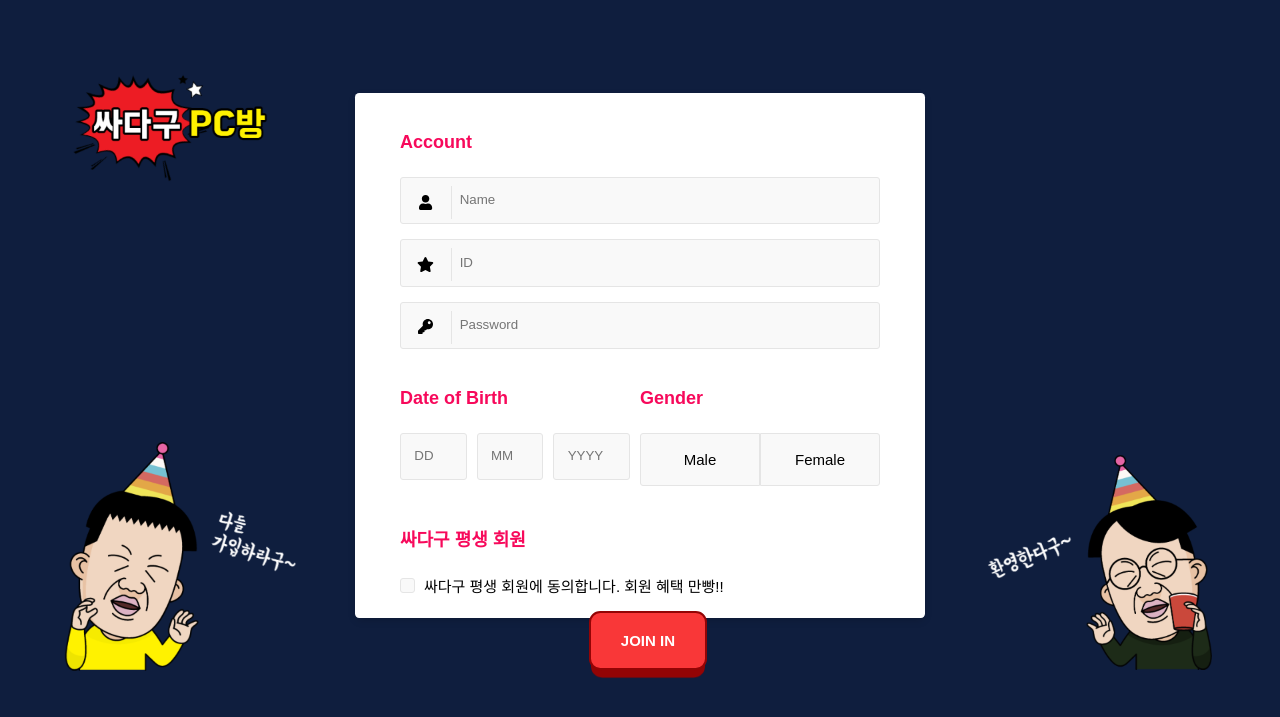
Repository: lkwoung/webProject-assignment
Page: http://localhost/CheapPC/login/join.jsp
These files come from the project's save history. The page is drawn as it stood at one moment and after the next save; the edit follows.
The browser window is 1280 px wide. The pictures show the whole page.
Some web fonts or font styles are not loaded; a fallback is used. Some web libraries are served in a nearby version. The page is served by Tomcat 9. Other server files are loaded and not shown.

Above is the page before, as saved 2020-12-17 09:03:31.

### CheapPC/WebContent/login/join.jsp
<%@ page language="java" contentType="text/html; charset=UTF-8"
	pageEncoding="UTF-8"%>
<!DOCTYPE html>
<html>
<head>
  <meta http-equiv="Content-Type" content="text/html; charset=UTF-8"/>
  <script src="https://use.fontawesome.com/releases/v5.2.0/js/all.js"></script>
  <title>cheap PC Join</title>
  <link rel="stylesheet" href="../css/join.css">
  <link href="https://fonts.googleapis.com/earlyaccess/hanna.css" rel="stylesheet" type="text/css" />
</head>
<body>
<div class="container">
  <form name=joinform style="font-family:'Hanna', sans-serif;" action="user_join">
    <div class="row">
      <h4>Account</h4>
      <div class="input-group input-group-icon">
        <input type="text" name="name" placeholder="Name" style="font-family:'Hanna', sans-serif;"/>
        <div class="input-icon"><i class="fa fa-user"></i></div>
      </div>
      <div class="input-group input-group-icon">
        <input type="text" name="id" placeholder="ID" style="font-family:'Hanna', sans-serif;"/>
        <div class="input-icon"><i class="fa fa-star"></i></div>
      </div>
      <div class="input-group input-group-icon">
        <input type="password" name="password" placeholder="Password" style="font-family:'Hanna', sans-serif;"/>
        <div class="input-icon"><i class="fa fa-key"></i></div>
      </div>
    </div>
    <div class="row">
      <div class="col-half">
        <h4>Date of Birth</h4>
        <div class="input-group">
          <div class="col-third">
            <input type="text" name="dd" placeholder="DD"/>
          </div>
          <div class="col-third">
            <input type="text" name="mm" placeholder="MM"/>
          </div>
          <div class="col-third">
            <input type="text" name="yyyy" placeholder="YYYY"/>
          </div>
        </div>
      </div>
      <div class="col-half">
        <h4>Gender</h4>
        <div class="input-group">
          <input type="radio" name="gender" value="male" id="gender-male"/>
          <label for="gender-male">Male</label>
          <input type="radio" name="gender" value="female" id="gender-female"/>
          <label for="gender-female">Female</label>
        </div>
      </div>
    </div>
    <div class="row">
      <h4>싸다구 평생 회원</h4>
      <div class="input-group">
        <input type="checkbox" name="contract" value="yes" id="terms" />
        <label for="terms" style="font-family:'Hanna', sans-serif;">싸다구 평생 회원에 동의합니다. 회원 혜택 만빵!!</label>
      </div>
    </div>
      <button type="submit" class="learn-more">Join in</button>
  </form>
  </div>

<script src="https://code.jquery.com/jquery-3.1.1.min.js"></script>
</body>

### CheapPC/WebContent/css/join.css
*,
*:before,
*:after {
  box-sizing: border-box;
}
body {
	background: url(image/join.png) no-repeat center center fixed;
	-webkit-background-size: cover;
	-moz-background-size: cover;
	-o-background-size: cover;
  background-size: cover;
  padding: 1em;
  font-family:'Hanna', sans-serif;
  font-size: 15px;
}
h4 {
  color: #f7095b;
  font-size:18px;
}
input,
input[type="radio"] + label,
input[type="checkbox"] + label:before,
select option,
select {
  width: 100%;
  padding: 1em;
  line-height: 1.4;
  background-color: #f9f9f9;
  border: 1px solid #e5e5e5;
  border-radius: 3px;
  -webkit-transition: 0.35s ease-in-out;
  -moz-transition: 0.35s ease-in-out;
  -o-transition: 0.35s ease-in-out;
  transition: 0.35s ease-in-out;
  transition: all 0.35s ease-in-out;
}
input:focus {
  outline: 0;
  border-color: #f7095b;
}
input:focus + .input-icon i {
  color: #f7095b;
}
input:focus + .input-icon:after {
  border-right-color: #f7095b;
}
input[type="radio"] {
  display: none;
}
input[type="radio"] + label,
select {
  display: inline-block;
  width: 50%;
  text-align: center;
  float: left;
  border-radius: 0;
}
input[type="radio"] + label:first-of-type {
  border-top-left-radius: 3px;
  border-bottom-left-radius: 3px;
}
input[type="radio"] + label:last-of-type {
  border-top-right-radius: 3px;
  border-bottom-right-radius: 3px;
}
input[type="radio"] + label i {
  padding-right: 0.4em;
}
input[type="radio"]:checked + label,
input:checked + label:before,
select:focus,
select:active {
  background-color: #f7095b;
  color: #fff;
  border-color: #d90952;
}
input[type="checkbox"] {
  display: none;
}
input[type="checkbox"] + label {
  position: relative;
  display: block;
  padding-left: 1.6em;
}
input[type="checkbox"] + label:before {
  position: absolute;
  top: 0.2em;
  left: 0;
  display: block;
  width: 1em;
  height: 1em;
  padding: 0;
  content: "";
}
input[type="checkbox"] + label:after {
  position: absolute;
  top: 0.45em;
  left: 0.2em;
  font-size: 0.8em;
  color: #fff;
  opacity: 0;
  font-family:'Hanna', sans-serif;
  content: "\f00c";
}
input:checked + label:after {
  opacity: 1;
}
select {
  height: 3.4em;
  line-height: 2;
}
select:first-of-type {
  border-top-left-radius: 3px;
  border-bottom-left-radius: 3px;
}
select:last-of-type {
  border-top-right-radius: 3px;
  border-bottom-right-radius: 3px;
}
select:focus,
select:active {
  outline: 0;
}
select option {
  background-color: #f7095b;
  color: #fff;
}
.input-group {
  margin-bottom: 1em;
  zoom: 1;
}
.input-group:before,
.input-group:after {
  content: "";
  display: table;
}
.input-group:after {
  clear: both;
}
.input-group-icon {
  position: relative;
}
.input-group-icon input {
  padding-left: 4.4em;
}
.input-group-icon .input-icon {
  position: absolute;
  top: 0;
  left: 0;
  width: 3.4em;
  height: 3.4em;
  line-height: 3.4em;
  text-align: center;
  pointer-events: none;
}
.input-group-icon .input-icon:after {
  position: absolute;
  top: 0.6em;
  bottom: 0.6em;
  left: 3.4em;
  display: block;
  border-right: 1px solid #e5e5e5;
  content: "";
  -webkit-transition: 0.35s ease-in-out;
  -moz-transition: 0.35s ease-in-out;
  -o-transition: 0.35s ease-in-out;
  transition: 0.35s ease-in-out;
  transition: all 0.35s ease-in-out;
}
.input-group-icon .input-icon i {
  -webkit-transition: 0.35s ease-in-out;
  -moz-transition: 0.35s ease-in-out;
  -o-transition: 0.35s ease-in-out;
  transition: 0.35s ease-in-out;
  transition: all 0.35s ease-in-out;
}
.container {
  max-height:35em;
  max-width: 38em;
  padding: 1em 3em 2em 3em;
  margin: 0em auto;
  margin-top: 70px;
  background-color: #fff;
  border-radius: 4.2px;
  box-shadow: 0px 3px 10px -2px rgba(0, 0, 0, 0.2);
}
.row {
  zoom: 1;
}
.row:before,
.row:after {
  content: "";
  display: table;
}
.row:after {
  clear: both;
}
.col-half {
  padding-right: 10px;
  float: left;
  width: 50%;
}
.col-half:last-of-type {
  padding-right: 0;
}
.col-third {
  padding-right: 10px;
  float: left;
  width: 33.33333333%;
}
.col-third:last-of-type {
  padding-right: 0;
}
@media only screen and (max-width: 540px) {
  .col-half {
    width: 100%;
    padding-right: 0;
  }
}
button {
  position: fixed;
  display: inline-block;
  cursor: pointer;
  outline: none;
  border: 0;
  vertical-align: middle;
  text-decoration: none;
  font-size: inherit;
}
button.learn-more {
  bottom:7%;
  left:46%;
  text-align: center;
  font-weight: 600;
  color: #fff;
  text-transform: uppercase;
  padding: 1.25em 2em;
  background: #F93738;
  border: 2px solid #930405;
  border-radius: 0.75em;
  -webkit-transform-style: preserve-3d;
          transform-style: preserve-3d;
  -webkit-transition: background 150ms cubic-bezier(0, 0, 0.58, 1), -webkit-transform 150ms cubic-bezier(0, 0, 0.58, 1);
  transition: background 150ms cubic-bezier(0, 0, 0.58, 1), -webkit-transform 150ms cubic-bezier(0, 0, 0.58, 1);
  transition: transform 150ms cubic-bezier(0, 0, 0.58, 1), background 150ms cubic-bezier(0, 0, 0.58, 1);
  transition: transform 150ms cubic-bezier(0, 0, 0.58, 1), background 150ms cubic-bezier(0, 0, 0.58, 1), -webkit-transform 150ms cubic-bezier(0, 0, 0.58, 1);
}
button.learn-more::before {
  position: absolute;
  content: '';
  width: 100%;
  height: 80%;
  top: 0;
  left: 0;
  right: 0;
  bottom: 0;
  background: #F93738;
  border-radius: inherit;
  box-shadow: 0 0 0 2px #930405, 0 0.625em 0 0 #930405;
  -webkit-transform: translate3d(0, 0.75em, -1em);
          transform: translate3d(0, 0.75em, -1em);
  -webkit-transition: box-shadow 150ms cubic-bezier(0, 0, 0.58, 1), -webkit-transform 150ms cubic-bezier(0, 0, 0.58, 1);
  transition: box-shadow 150ms cubic-bezier(0, 0, 0.58, 1), -webkit-transform 150ms cubic-bezier(0, 0, 0.58, 1);
  transition: transform 150ms cubic-bezier(0, 0, 0.58, 1), box-shadow 150ms cubic-bezier(0, 0, 0.58, 1);
  transition: transform 150ms cubic-bezier(0, 0, 0.58, 1), box-shadow 150ms cubic-bezier(0, 0, 0.58, 1), -webkit-transform 150ms cubic-bezier(0, 0, 0.58, 1);
}
button.learn-more:hover {
  background: #F93738;
  -webkit-transform: translate(0, 0.25em);
          transform: translate(0, 0.25em);
}
button.learn-more:hover::before {
  box-shadow: 0 0 0 2px #F93738, 0 0.5em 0 0 #F93738;
  -webkit-transform: translate3d(0, 0.5em, -1em);
          transform: translate3d(0, 0.5em, -1em);
}
button.learn-more:active {
  background: #F93738;
  -webkit-transform: translate(0em, 0.75em);
          transform: translate(0em, 0.75em);
}
button.learn-more:active::before {
  box-shadow: 0 0 0 2px #F93738, 0 0 #F93738;
  -webkit-transform: translate3d(0, 0, -1em);
          transform: translate3d(0, 0, -1em);

After the next save:
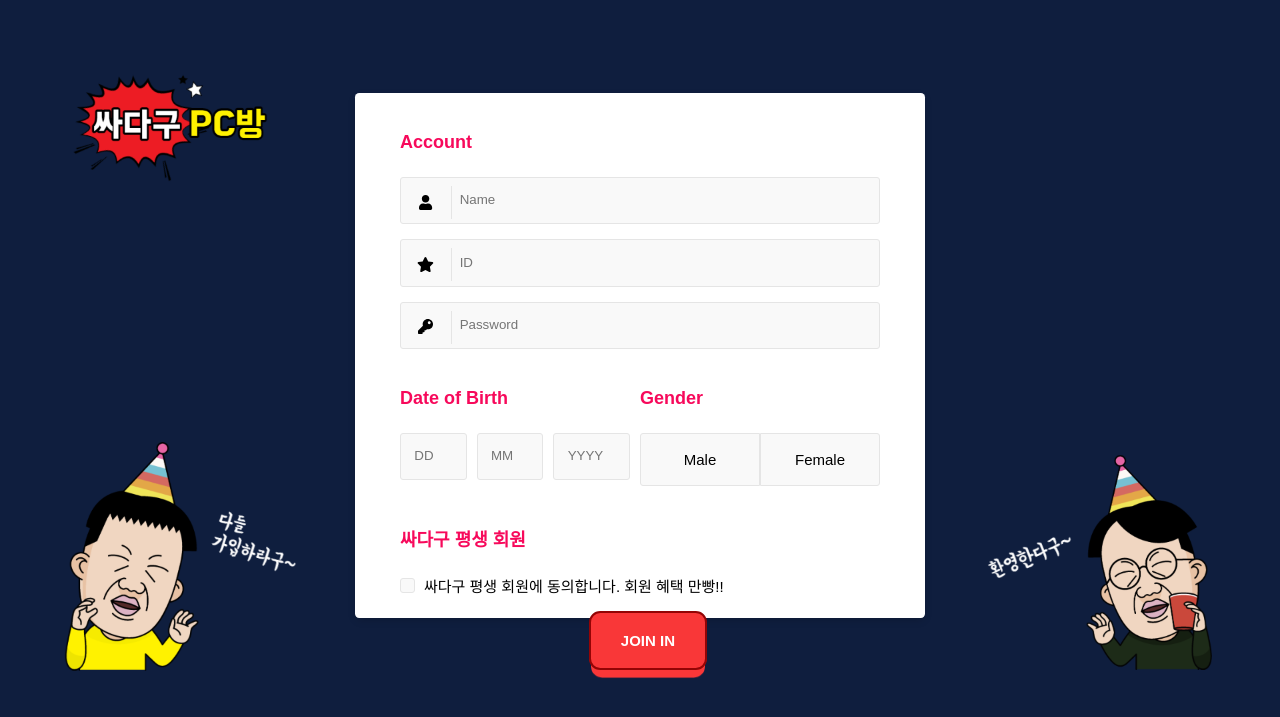
Saved 17 s later.
--- a/CheapPC/WebContent/css/join.css
+++ b/CheapPC/WebContent/css/join.css
@@ -256,7 +256,7 @@ button.learn-more::before {
   bottom: 0;
   background: #F93738;
   border-radius: inherit;
-  box-shadow: 0 0 0 2px #930405, 0 0.625em 0 0 #930405;
+  box-shadow: 0 0 0 2px #F93738, 0 0.625em 0 0 #F93738;
   -webkit-transform: translate3d(0, 0.75em, -1em);
           transform: translate3d(0, 0.75em, -1em);
   -webkit-transition: box-shadow 150ms cubic-bezier(0, 0, 0.58, 1), -webkit-transform 150ms cubic-bezier(0, 0, 0.58, 1);
